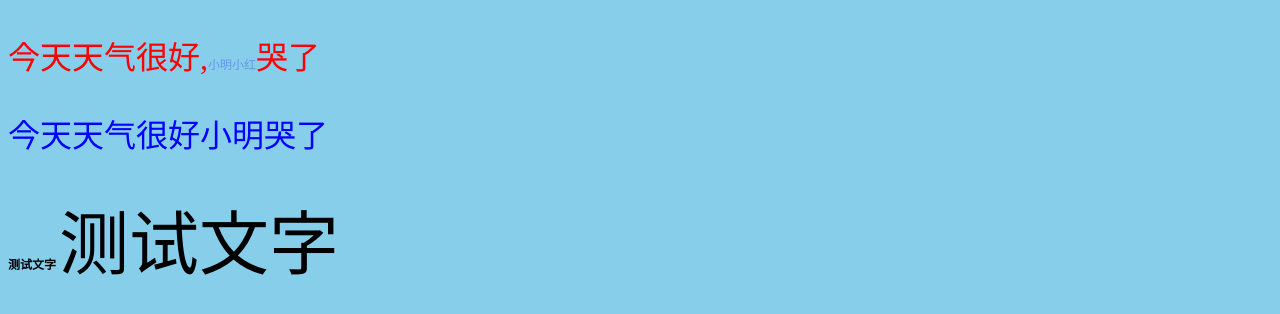
Repository: WKYQAQ/LX
Page: day03_css.html
An editor plug-in stored every save of this project. The page is shown before and after the next save, followed by the edit.
The browser window is 1280 px wide. The pictures show the whole page.

Above is the page before, as saved 2020-07-23 12:12:03.

### day03_css.html
<!DOCTYPE html>
<html lang="en">
<head>
    <meta charset="UTF-8">
    <meta name="viewport" content="width=device-width, initial-scale=1.0">
    <title>Document</title>
    <link rel="stylesheet" href="./style/index.css">
    <style>
        *{
            font-size: 12px;
        }
        p{
            color: red;
        }
        #blue{
            color: blue;
        }
        .f{
            font-family:"华文行楷";
        }
        .blue{
            color: blue;
        }
        p span{
            color: cornflowerblue;
        }
        .f+*{
            font-size: 70px;
        }
    </style>
</head>
<body>
    <p style="font-size: 32px;" class="f">今天天气很好,<span>小明<span>小红</span></span>哭了</p><!--对于颜色来说行内的优先级最高-->
    <p style="font-size: 32px;" id="blue">今天天气很好小明哭了</p><!--id选择器，是特定的东西有特定的颜色，方式：#+id名称,不可重复使用-->
    <b class="f">测试文字</b><!--class可以重复使用-->
    <span class="f">测试文字</span>
</body>
</html>

### style/index.css
body{
    background: skyblue;
}
p{
    color: green;
}

After the next save:
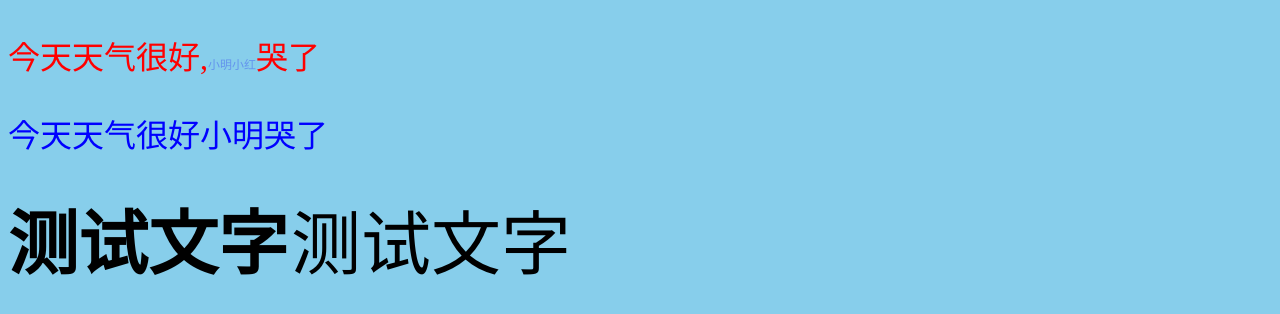
Saved 20 s later.
--- a/day03_css.html
+++ b/day03_css.html
@@ -24,7 +24,7 @@
         p span{
             color: cornflowerblue;
         }
-        .f+*{
+        .f~*{
             font-size: 70px;
         }
     </style>
